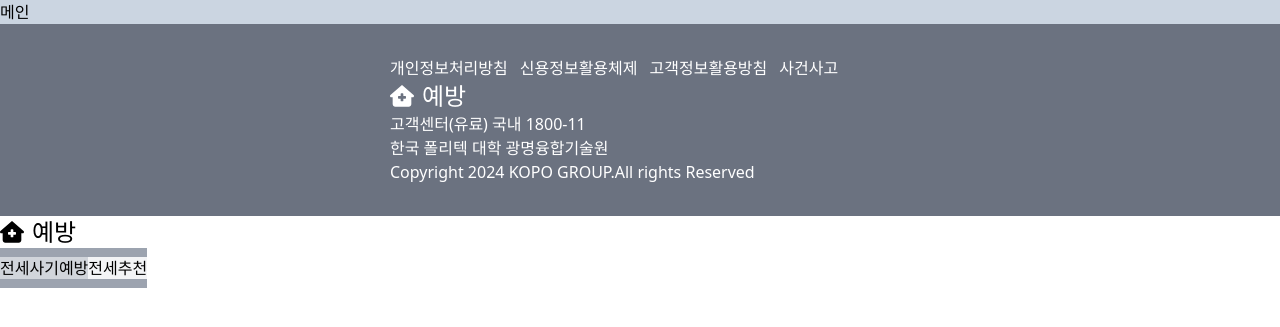
Repository: hanaTI-team-1/frontend
Page: /
These files come from the project's save history. The page is drawn as it stood at one moment and after the next save; the edit follows.
The browser window is 1280 px wide. The pictures show the whole page.
The project was rebuilt for these pictures with package versions that can differ from the ones it lists, and the page was loaded fresh each time. Also part of the build but not shown: vite.config.js, src/App.css, src/components/Recommend.jsx, src/components/Protect.jsx.

Above is the page before, as saved 2024-07-11 20:58:21.

After the next save:
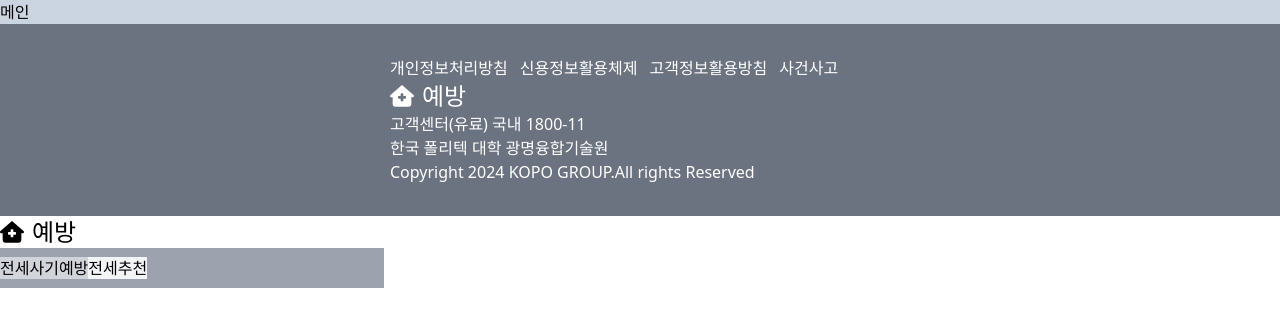
Saved 10 s later.
--- a/src/components/Header.jsx
+++ b/src/components/Header.jsx
@@ -6,7 +6,7 @@ export const Header = () => {
     <Logo />
     <nav className='flex'>
       {/* 클릭하면 /proctect로 이동 */}
-      <div className='bg-gray-400'>
+      <div className='bg-gray-400 w-96'>
         <Link to={"/protect"}
           className='h-10 duration-150 leading-10 bg-gray-300 text-center cursor-pointer hover:bg-gray-500 hover:rounded-r-full'
         >
